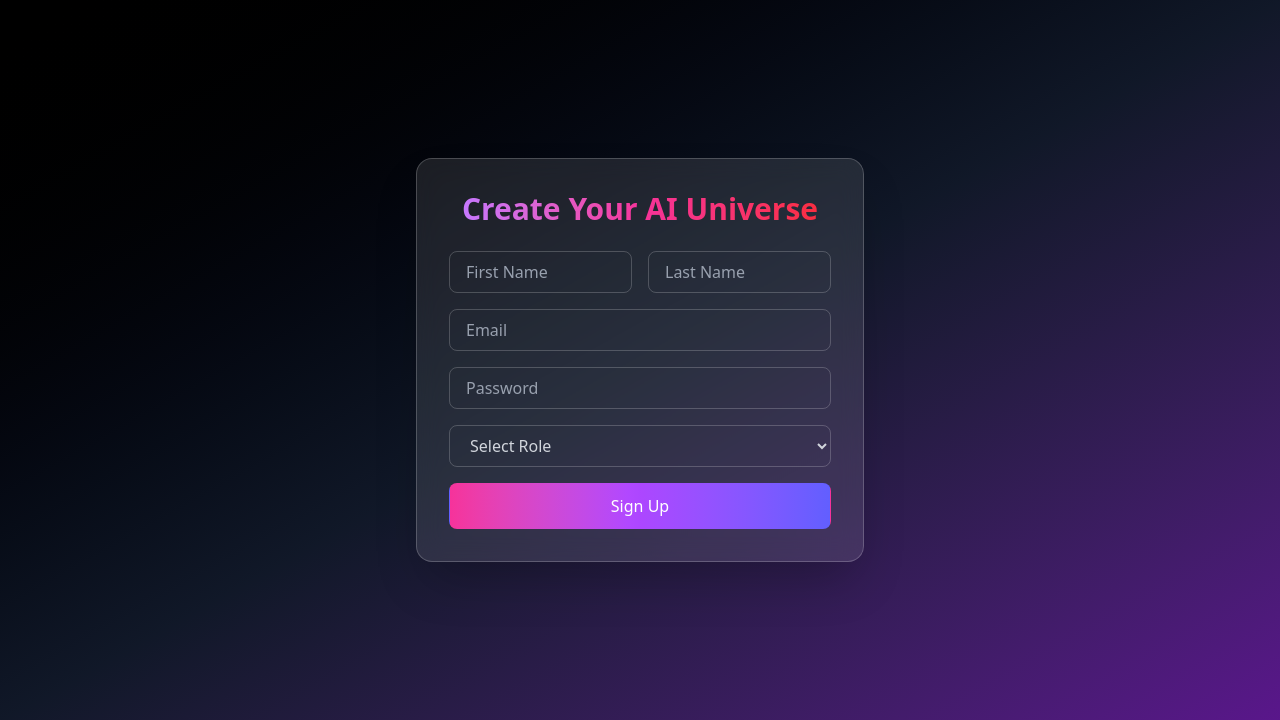
Repository: vartularora45/aiuniversebuilder
Page: /signup (app in frontend/)
The author's editor kept a copy of each file at every save. The page is drawn from the files as they stood at one save, then again after a run of saves.
The browser window is 1280 px wide. The pictures show the whole page.
The project was rebuilt for these pictures with package versions that can differ from the ones it lists, and the page was loaded fresh each time. Also part of the build but not shown: frontend/vite.config.js, frontend/src/pages/LandingPage.jsx, frontend/src/pages/LoginPage.jsx.

Above is the page before, as saved 2025-08-02 21:33:36.

### frontend/index.html
<!doctype html>
<html lang="en">
  <head>
    <meta charset="UTF-8" />
    <link rel="icon" type="image/svg+xml" href="/vite.svg" />
    <meta name="viewport" content="width=device-width, initial-scale=1.0" />
    <title>Vite + React</title>
  </head>
  <body>
    <div id="root"></div>
    <script type="module" src="/src/main.jsx"></script>  <script src="https://cdn.jsdelivr.net/npm/@tailwindcss/browser@4"></script>

  </body>
</html>

### frontend/src/App.jsx
import React from 'react'
import { BrowserRouter, Routes, Route } from 'react-router-dom'
import LandingPage from './pages/LandingPage.jsx'
import LoginPage from './pages/LoginPage.jsx'
import SignupPage from './pages/SignupPage.jsx'
const App = () => {
  return (
    <BrowserRouter>
      <Routes>
        <Route path="/" element={<LandingPage />} />
        <Route path="/login" element={<LoginPage />} />
        <Route path="/signup" element={<SignupPage />} />
      </Routes>
    </BrowserRouter>
  )
}

export default App

### frontend/src/pages/SignupPage.jsx
import { Link } from "lucide-react";
import React from "react";

const SignUpPage = () => {
  return (
    <div className="min-h-screen min-w-screen bg-gradient-to-br from-black via-gray-900 to-purple-900 flex items-center justify-center p-4">
      <div className="bg-white/10 backdrop-blur-md border border-white/20 rounded-2xl shadow-2xl p-8 w-full max-w-md text-white animate-fade-in">
        <h2 className="text-3xl font-bold text-center bg-gradient-to-r from-purple-400 via-pink-500 to-red-500 bg-clip-text text-transparent mb-6">
          Create Your AI Universe
        </h2>

        <form className="space-y-4">
          <div className="flex gap-4">
            <input
              type="text"
              placeholder="First Name"
              className="w-1/2 bg-transparent border border-white/20 rounded-lg px-4 py-2 placeholder:text-gray-400 focus:outline-none focus:ring-2 focus:ring-purple-500"
            />
            <input
              type="text"
              placeholder="Last Name"
              className="w-1/2 bg-transparent border border-white/20 rounded-lg px-4 py-2 placeholder:text-gray-400 focus:outline-none focus:ring-2 focus:ring-purple-500"
            />
          </div>

          <input
            type="email"
            placeholder="Email"
            className="w-full bg-transparent border border-white/20 rounded-lg px-4 py-2 placeholder:text-gray-400 focus:outline-none focus:ring-2 focus:ring-purple-500"
          />
          <input
            type="password"
            placeholder="Password"
            className="w-full bg-transparent border border-white/20 rounded-lg px-4 py-2 placeholder:text-gray-400 focus:outline-none focus:ring-2 focus:ring-purple-500"
          />

          <select className="w-full bg-transparent border border-white/20 rounded-lg px-4 py-2 text-gray-300 focus:outline-none focus:ring-2 focus:ring-purple-500">
            <option className="bg-black text-white" value="">
              Select Role
            </option>
            <option className="bg-black text-white" value="user">
              User
            </option>
            <option className="bg-black text-white" value="admin">
              Admin
            </option>
          </select>

          <button
            type="submit"
            className="w-full bg-gradient-to-r from-pink-500 via-purple-500 to-indigo-500 py-2 rounded-lg font-semibold hover:opacity-90 transition-all"
          >
            Sign Up
          </button>
        </form>


      </div>
    </div>
  );
};

export default SignUpPage;

Loaded but not shown: frontend/src/main.jsx (common file); frontend/src/index.css (common file)

After the next 6 saves:
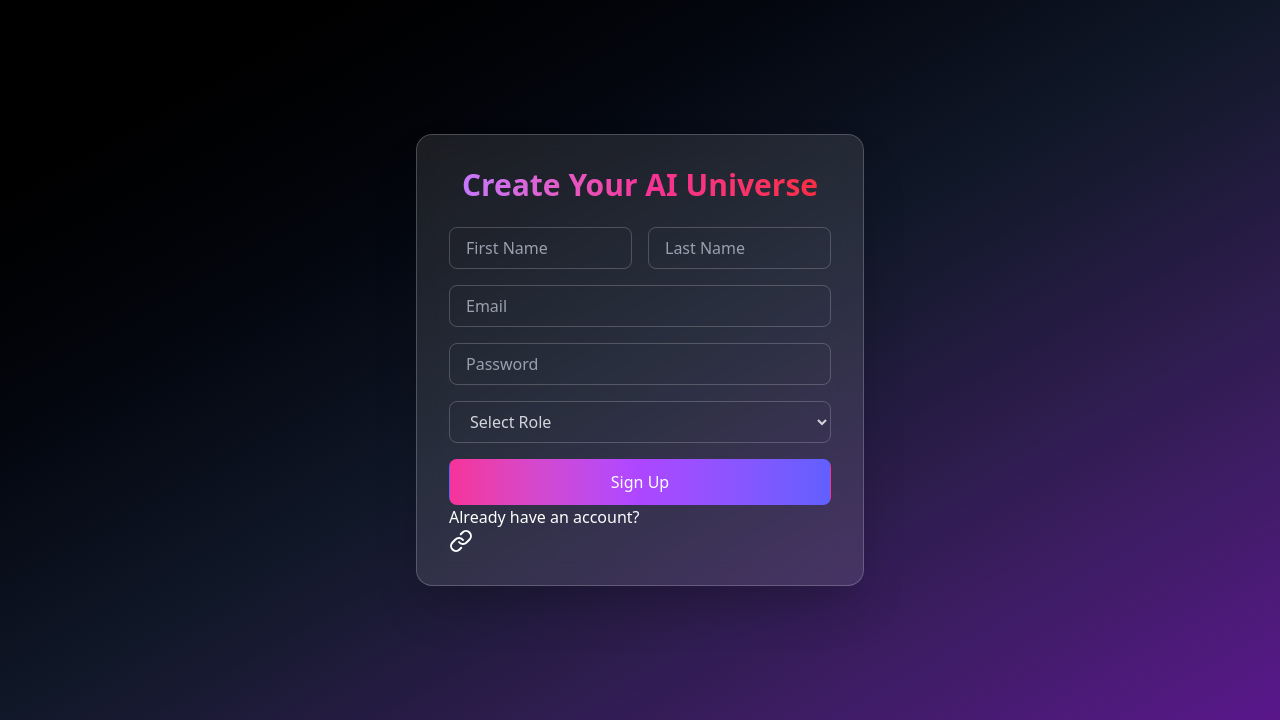
The 6 saves are shown as one change because they came seconds apart.
The last was saved 12 s later.
--- a/frontend/src/pages/SignupPage.jsx
+++ b/frontend/src/pages/SignupPage.jsx
@@ -54,7 +54,9 @@ const SignUpPage = () => {
           </button>
         </form>
 
-
+        <p>
+          Already have an account? <Link href="/login">Login</Link>
+        </p>
       </div>
     </div>
   );
